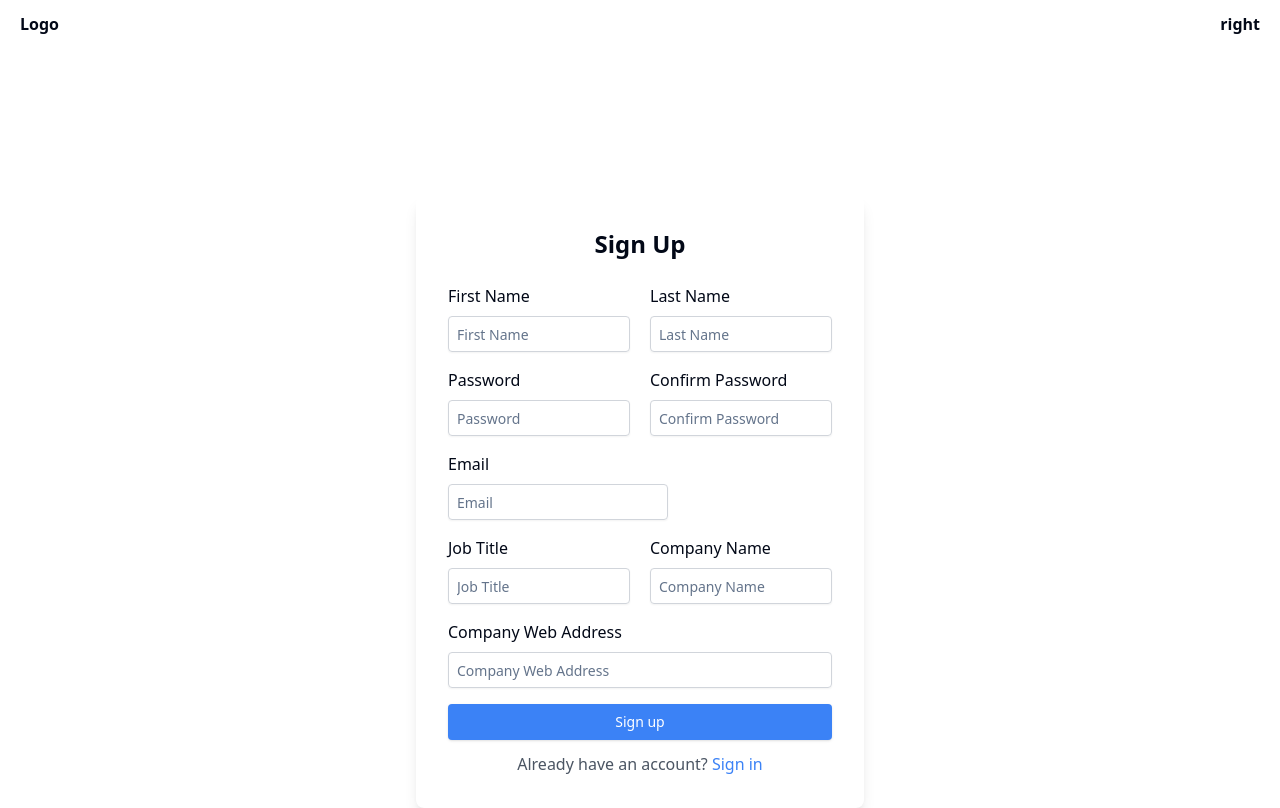
Repository: hisreal123/globalpath_fe
Page: /auth/signup
The author's editor kept a copy of each file at every save. The page is drawn from the files as they stood at one save, then again after the next save.
The browser window is 1280 px wide. The pictures show the whole page.
The project was rebuilt for these pictures with package versions that can differ from the ones it lists, and the page was loaded fresh each time. Also part of the build but not shown: vite.config.ts, src/components/pages/HomeComponent.tsx, src/pages/Home.tsx, src/pages/Error.tsx, src/pages/About.tsx, src/pages/Blog.tsx, src/pages/Find_jobs.tsx, src/components/Header.tsx and 2 more.

Above is the page before, as saved 2024-10-11 16:08:25.

After the next save:
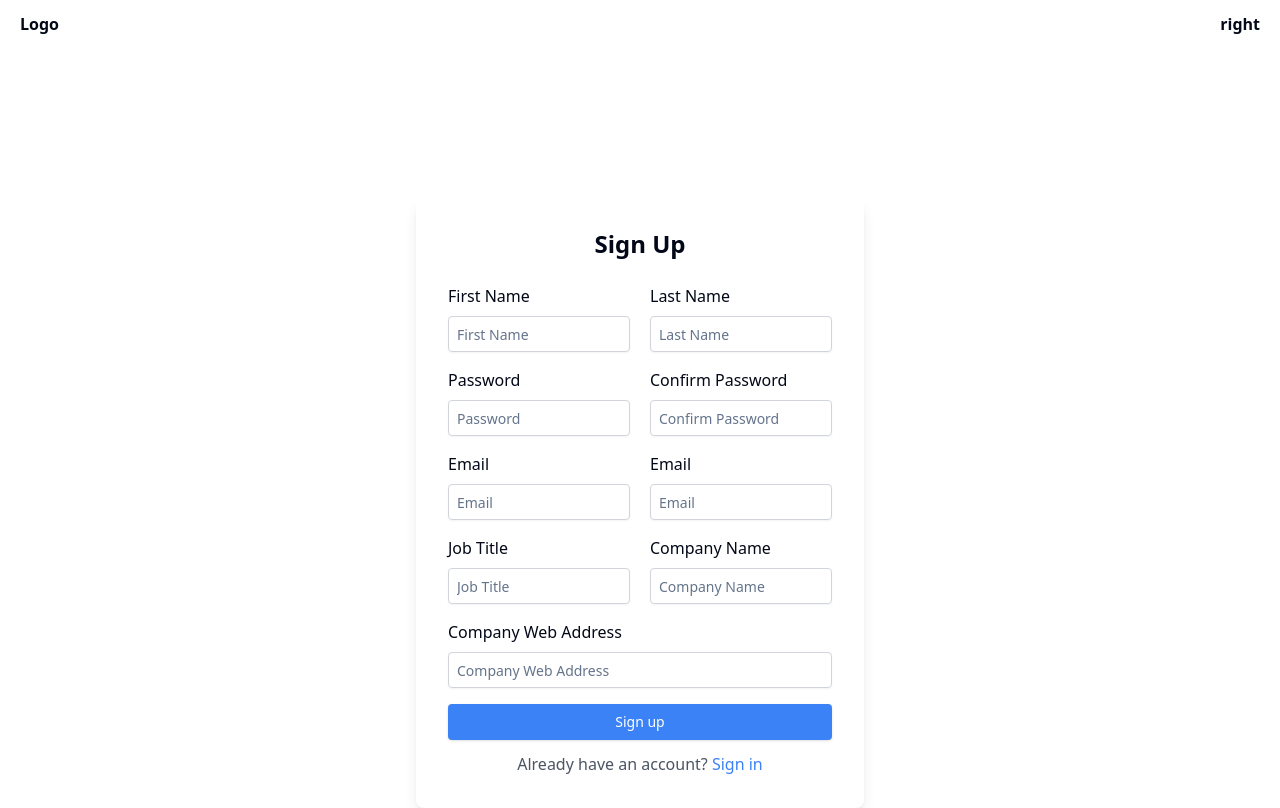
Saved 7 s later.
--- a/src/components/pages/auth/SignupComponent.tsx
+++ b/src/components/pages/auth/SignupComponent.tsx
@@ -163,6 +163,24 @@ const SignupComponent = () => {
                 </FormItem>
               )}
             />
+            {/* Email Field */}
+            <FormField
+              control={form.control}
+              name="email"
+              render={({ field }) => (
+                <FormItem>
+                  <FormLabel className="text-md">Email</FormLabel>
+                  <FormControl>
+                    <Input
+                      placeholder="Email"
+                      {...field}
+                      className="w-full p-2 border border-gray-300 rounded mt-1"
+                    />
+                  </FormControl>
+                  <FormMessage />
+                </FormItem>
+              )}
+            />
               </div>
 
             <div className="flex space-x-5">
